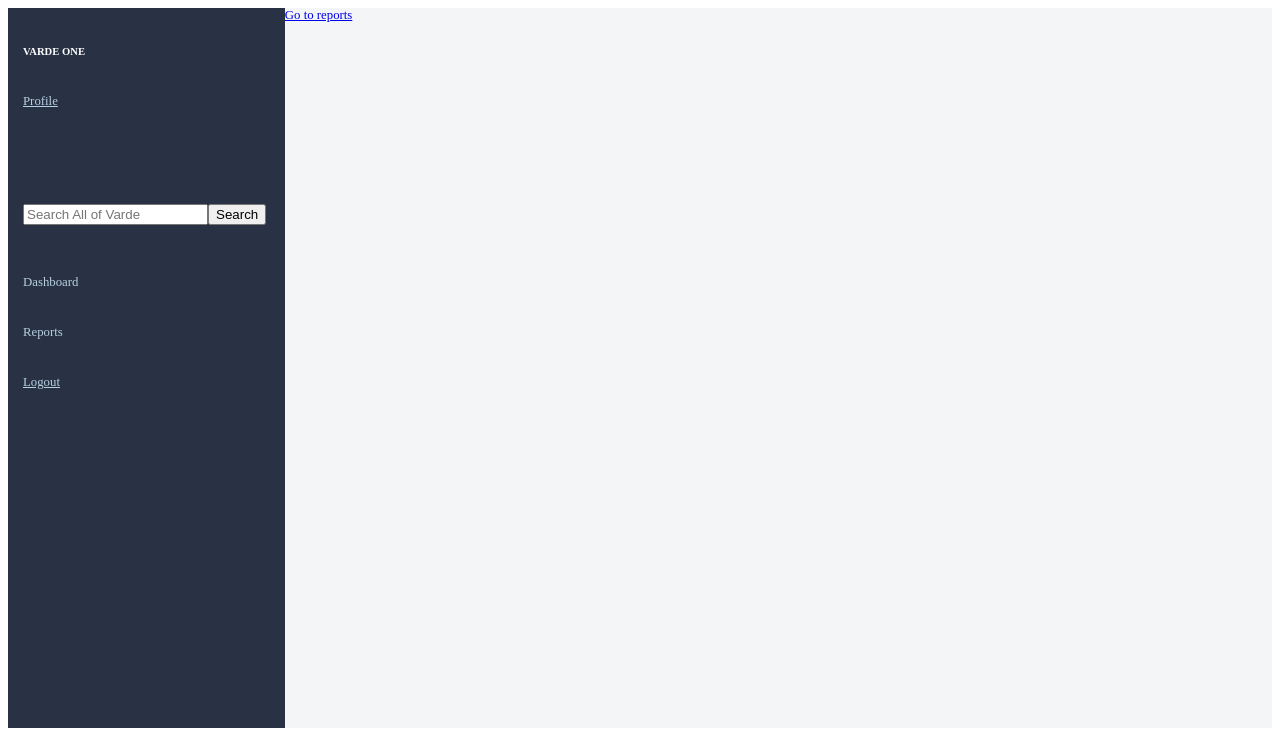
Repository: slavishtipkov/cra-redux
Page: /
These files come from the project's save history. The page is drawn as it stood at one moment and after the next save; the edit follows.
The browser window is 1280 px wide. The pictures show the whole page.
The project was rebuilt for these pictures with package versions that can differ from the ones it lists, and the page was loaded fresh each time.

Above is the page before, as saved 2019-07-09 17:15:44.

### src/index.js
import React from "react";
import ReactDOM from "react-dom";
import { BrowserRouter as Router } from "react-router-dom";
import { Provider as ReduxProvider } from "react-redux";

import * as serviceWorker from "./serviceWorker";

import App from "./Components/App";
import configureStore from "./Redux/configureStore";

import "./index.css";

const store = configureStore();

ReactDOM.render(
  <ReduxProvider store={store}>
    <Router>
      <App />
    </Router>
  </ReduxProvider>,
  document.getElementById("root")
);

// If you want your app to work offline and load faster, you can change
// unregister() to register() below. Note this comes with some pitfalls.
// Learn more about service workers: https://bit.ly/CRA-PWA
serviceWorker.unregister();

### src/Redux/configureStore.js
import { createStore, applyMiddleware } from "redux";
import { composeWithDevTools } from "redux-devtools-extension";
import thunk from "redux-thunk";

import rootReducer from "./rootReducer";

export default function configureStore(initialState) {
  return createStore(
    rootReducer,
    initialState,
    composeWithDevTools(applyMiddleware(thunk))
  );
}

### src/index.css
@import-normalize;

#root {
  max-width: 1360px;
  min-width: 960px;
  margin: 0 auto;
  font-size: 0.8rem;
}

### src/Components/App/App.js
import React, { Suspense, lazy } from "react";
import { Route, Switch } from "react-router-dom";

import SideBar from "../Common/SideBar";

import "./App.scss";

const Login = lazy(() => import("../../Containers/Login"));
const Profile = lazy(() => import("../../Containers/Profile"));
const Dashboard = lazy(() => import("../../Containers/Dashboard"));
const Reports = lazy(() => import("../../Containers/Reports"));
const NotFound = lazy(() => import("../Common/NotFound"));

const App = ({ childProps }) => {
  return (
    <div className="container-fluid">
      <SideBar />
      <Suspense fallback={<div>Loading...</div>}>
        <Switch>
          <Route path="/" exact component={Login} props={childProps} />
          <Route path="/profile" exact component={Profile} props={childProps} />
          <Route
            path="/dashboard"
            exact
            component={Dashboard}
            props={childProps}
          />
          <Route path="/reports" exact component={Reports} props={childProps} />
          <Route component={NotFound} />
        </Switch>
      </Suspense>
    </div>
  );
};

export default App;

### src/Redux/rootReducer.js
import { combineReducers } from "redux";

import authReducer from "./reducers/authReducer";
import searchReducer from "./reducers/searchReducer";

const rootReducer = combineReducers({
  authReducer,
  searchReducer
});

export default rootReducer;

### src/Components/App/App.scss
.container-fluid {
  width: 100%;
  height: 100vh;

  display: flex;
  align-items: stretch;

  .side-bar {
    width: 20%;
  }

  .page {
    width: 80%;
    background-color: #f3f5f7;

    .page-header {
      .page-header-nav {
        background-color: #ffffff;
        display: flex;
        justify-content: space-between;

        ul {
          display: flex;
          margin: 0;
          padding: 0;
          height: 55px;
          line-height: 55px;

          padding-left: 25px;

          li {
            display: block;
            margin-right: 30px;

            &:hover {
              color: #4986ba;
              cursor: pointer;
            }
          }
        }
      }
      .page-header-heading {
        height: 100px;
        display: flex;
        align-items: center;
        padding-left: 25px;
      }
      .page-header-content {
        padding-left: 25px;
        padding-right: 25px;
      }
    }

    .page-content {
      padding-left: 25px;
    }
  }
}

### src/Redux/reducers/authReducer.js
import { LOGIN } from "../actions/actionTypes";

const initialState = {
  auth: {
    isAuth: false,
    redirectUrl: ""
  }
};

export default function searchReducer(state = initialState, action) {
  switch (action.type) {
    case LOGIN:
      return {
        ...state,
        ...action.auth
      };
    default:
      return state;
  }
}

### src/Redux/reducers/searchReducer.js
import { SEARCH } from "../actions/actionTypes";

export default function searchReducer(state = "", action) {
  switch (action.type) {
    case SEARCH:
      return {
        ...state,
        ...action.input
      };
    default:
      return state;
  }
}

### src/Components/Common/SideBar/SideBar.js
import React from "react";
import { NavLink } from "react-router-dom";
import SearchBox from "../SearchBox";

import "./sideBar.scss";

const SideBar = () => {
  const activeStyle = { color: "#ffffff" };

  return (
    <nav className="side-bar">
      <h5 className="heading">VARDE ONE</h5>
      <div className="profile-section">
        <NavLink to="/profile" activeStyle={activeStyle}>
          Profile
        </NavLink>
      </div>
      <div className="search-bar">
        <SearchBox />
      </div>
      <div className="main-links">
        <NavLink to="/dashboard" activeStyle={activeStyle}>
          Dashboard
        </NavLink>
        <NavLink to="/reports" activeStyle={activeStyle} exact>
          Reports
        </NavLink>
      </div>
      <NavLink to="/logout" activeStyle={activeStyle}>
        Logout
      </NavLink>
    </nav>
  );
};

export default SideBar;

### src/Containers/Login/Login.js
import React from "react";
import { connect } from "react-redux";
import { NavLink } from "react-router-dom";
import PropTypes from "prop-types";

import * as authActions from "../../Redux/actions/authActions";

class Login extends React.Component {
  state = {
    auth: {
      isAuth: false,
      redirectUrl: "/"
    }
  };

  handleLogin = () => {
    this.setState({
      auth: {
        isAuth: true,
        redirectUrl: "/reports"
      }
    });
    this.props.dispatch(authActions.login(this.state.auth));
  };

  render() {
    return (
      <div className="login-page page">
        <NavLink to="/reports">Go to reports</NavLink>
      </div>
    );
  }
}

Login.propTypes = {
  dispatch: PropTypes.func.isRequired
};

const mapStateToProps = state => {
  return {
    auth: state.auth
  };
};

export default connect(mapStateToProps)(Login);

### src/Redux/actions/actionTypes.js
export const LOGIN = "LOGIN";

export const SEARCH = "SEARCH";

### src/Components/Common/SearchBox/index.js
import SearchBox from "./SearchBox";

export default SearchBox;

### src/Components/Common/SideBar/sideBar.scss
.side-bar {
  display: flex;
  flex-direction: column;

  padding-left: 15px;
  padding-right: 15px;
  background-color: #293244;

  a {
    color: #b6cfe3;
  }
  .heading {
    padding-top: 20px;
    padding-bottom: 20px;
    color: white;
  }

  .profile-section {
    height: 90px;
    margin-bottom: 20px;
  }

  .serach-bar {
    padding-top: 20px;
    margin-bottom: 50px;

    input {
      display: inline;
    }
  }

  .main-links {
    display: flex;
    flex-direction: column;
    margin-top: 50px;

    a {
      height: 50px;
      text-decoration: none;
    }
  }
}

### src/Redux/actions/authActions.js
import { LOGIN } from "./actionTypes";

export function login(redirectUrl) {
  return {
    type: LOGIN,
    redirectUrl: redirectUrl
  };
}

### src/Components/Common/SearchBox/SearchBox.js
import React from "react";

class SearchBox extends React.Component {
  state = {
    search: {
      input: ""
    }
  };

  handleChange = event => {
    const search = { ...this.state.search, input: event.target.value };
    this.setState({ search });
  };

  handleSubmit = event => {
    event.preventDefault();
    alert(this.state.search.input);
  };

  render() {
    return (
      <form className="search-box-form" onSubmit={this.handleSubmit}>
        <div className="search-icon" />
        <div className="search-input">
          <input
            type="text"
            placeholder="Search All of Varde"
            onChange={this.handleChange}
            value={this.state.search.input}
          />

          <input type="submit" value="Search" />
        </div>
      </form>
    );
  }
}

export default SearchBox;

Loaded but not shown: public/index.html (common file); src/serviceWorker.js (common file); src/Components/App/index.js (common file); src/Components/Common/SideBar/index.js (common file); src/Containers/Login/index.js (common file)

After the next save:
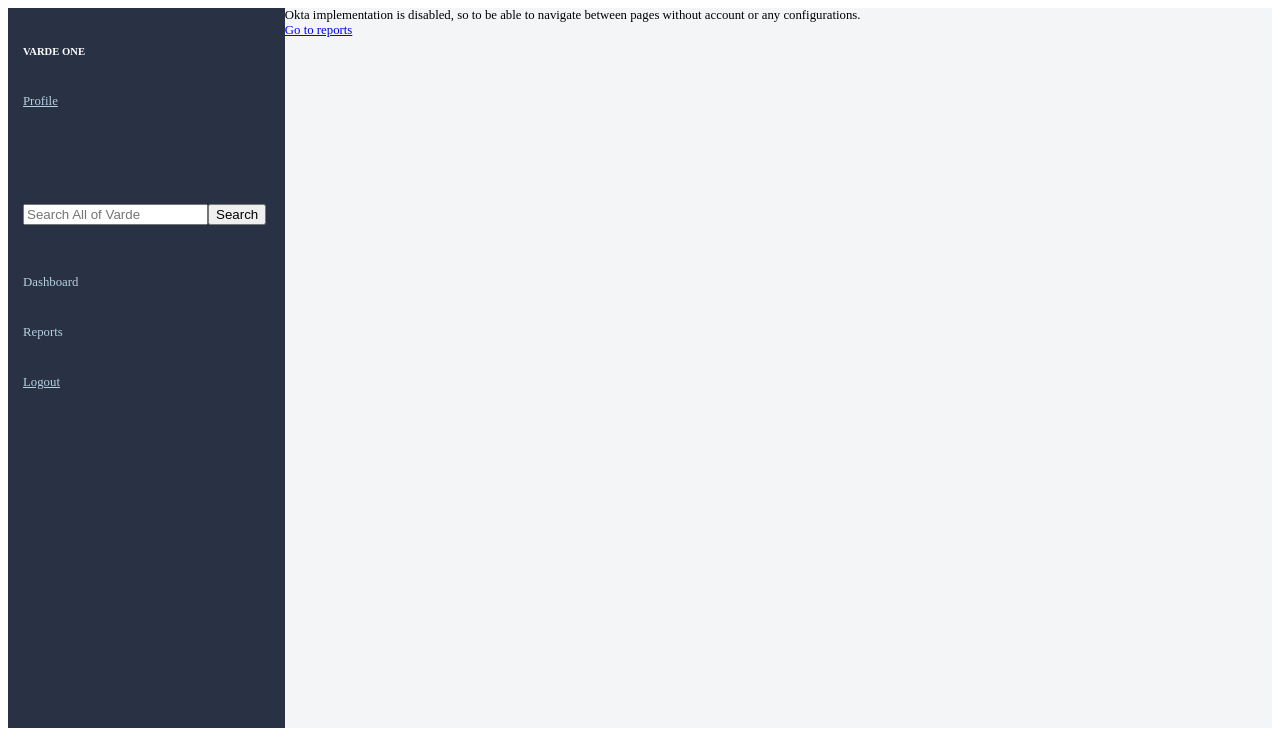
Saved 2 min 23 s later.
--- a/src/Containers/Login/Login.js
+++ b/src/Containers/Login/Login.js
@@ -26,6 +26,10 @@ class Login extends React.Component {
   render() {
     return (
       <div className="login-page page">
+        <div>
+          Okta implementation is disabled, so to be able to navigate between
+          pages without account or any configurations.
+        </div>
         <NavLink to="/reports">Go to reports</NavLink>
       </div>
     );
